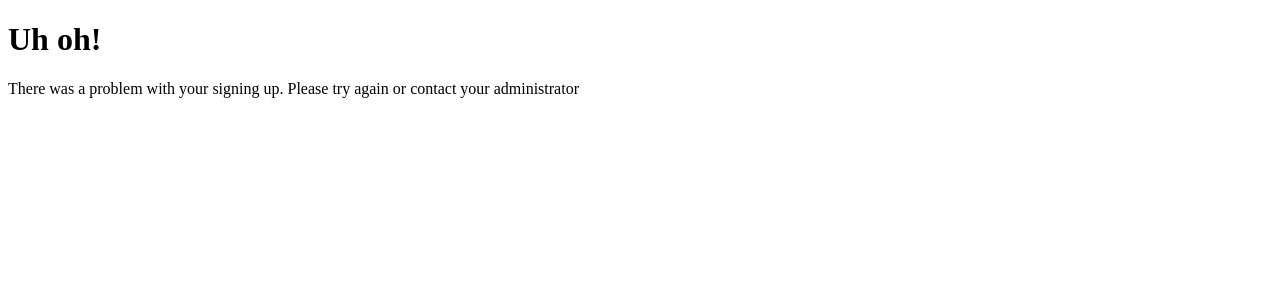
Repository: baodeptry02/newsletter-signup
Page: success.html
The author's editor kept a copy of each file at every save. The page is drawn from the files as they stood at one save, then again after the next save.
The browser window is 1280 px wide. The pictures show the whole page.

Above is the page before, as saved 2023-04-10 17:19:29.

### success.html
<!DOCTYPE html>
<html lang="en">
<head>
    <meta charset="UTF-8">
    <meta http-equiv="X-UA-Compatible" content="IE=edge">
    <meta name="viewport" content="width=device-width, initial-scale=1.0">
    <title>Document</title>
</head>
<body>
    <div class="jumbotron jumbotron-fluid">
        <div class="container">
            <h1 class="display-4">Uh oh!</h1>
            <p class="lead">There was a problem with your signing up. Please try again or contact your administrator</p>
        </div>
    </div>
</body>
</html>

After the next save:
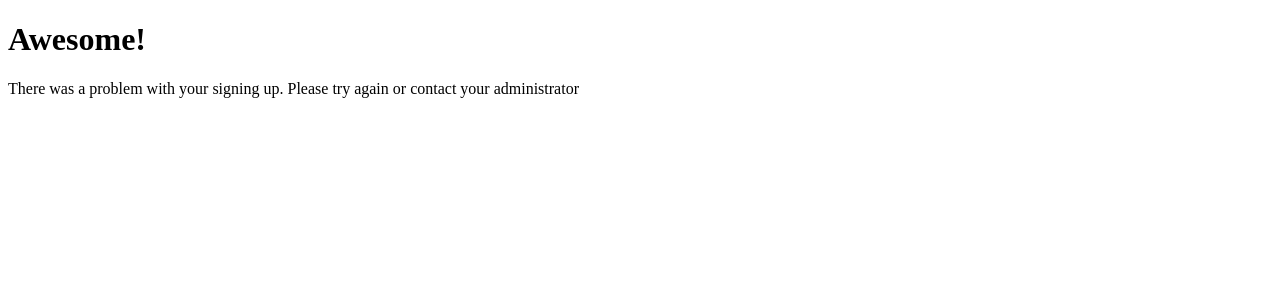
Saved 20 s later.
--- a/success.html
+++ b/success.html
@@ -9,7 +9,7 @@
 <body>
     <div class="jumbotron jumbotron-fluid">
         <div class="container">
-            <h1 class="display-4">Uh oh!</h1>
+            <h1 class="display-4">Awesome!</h1>
             <p class="lead">There was a problem with your signing up. Please try again or contact your administrator</p>
         </div>
     </div>
